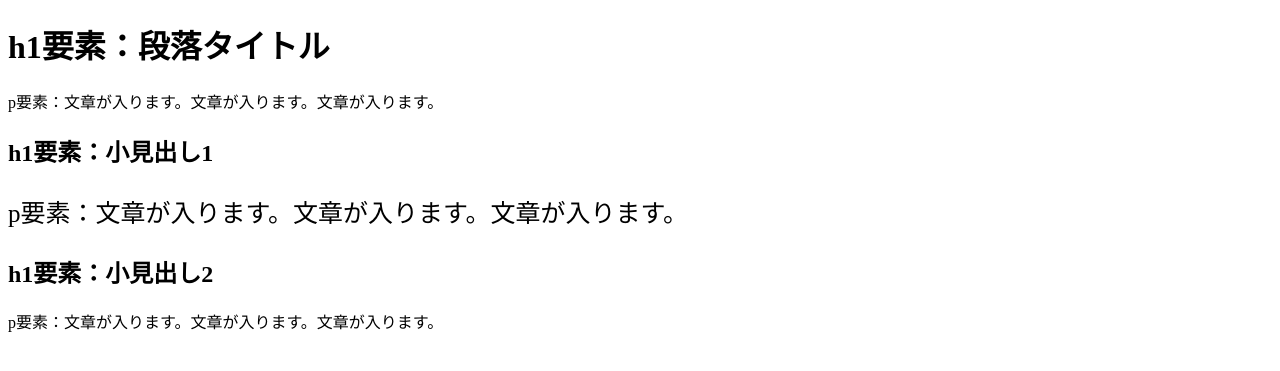
Repository: KENRYU-96645/samurai_HTML-CSS
Page: index.html
The author's editor kept a record of every edit. The page is drawn from the files as they stood at one moment, then again after the next edit.
The browser window is 1280 px wide. The pictures show the whole page.

Above is the page before.

After the next edit:
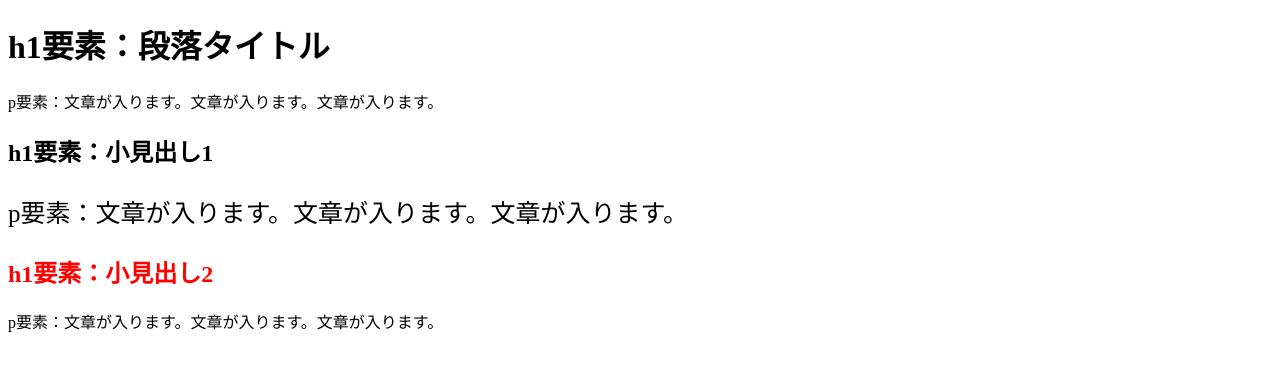
The edit:
--- a/index.html
+++ b/index.html
@@ -14,7 +14,7 @@
   <p>p要素：文章が入ります。文章が入ります。文章が入ります。</p>
    <h2>h1要素：小見出し1</h2>
   <p style="font-size: 25px;">p要素：文章が入ります。文章が入ります。文章が入ります。</p>
-   <h2>h1要素：小見出し2</h2>
+   <h2 id="red">h1要素：小見出し2</h2>
   <p style="fontweight: bold;">p要素：文章が入ります。文章が入ります。文章が入ります。</p>
 </body>
 </html>
